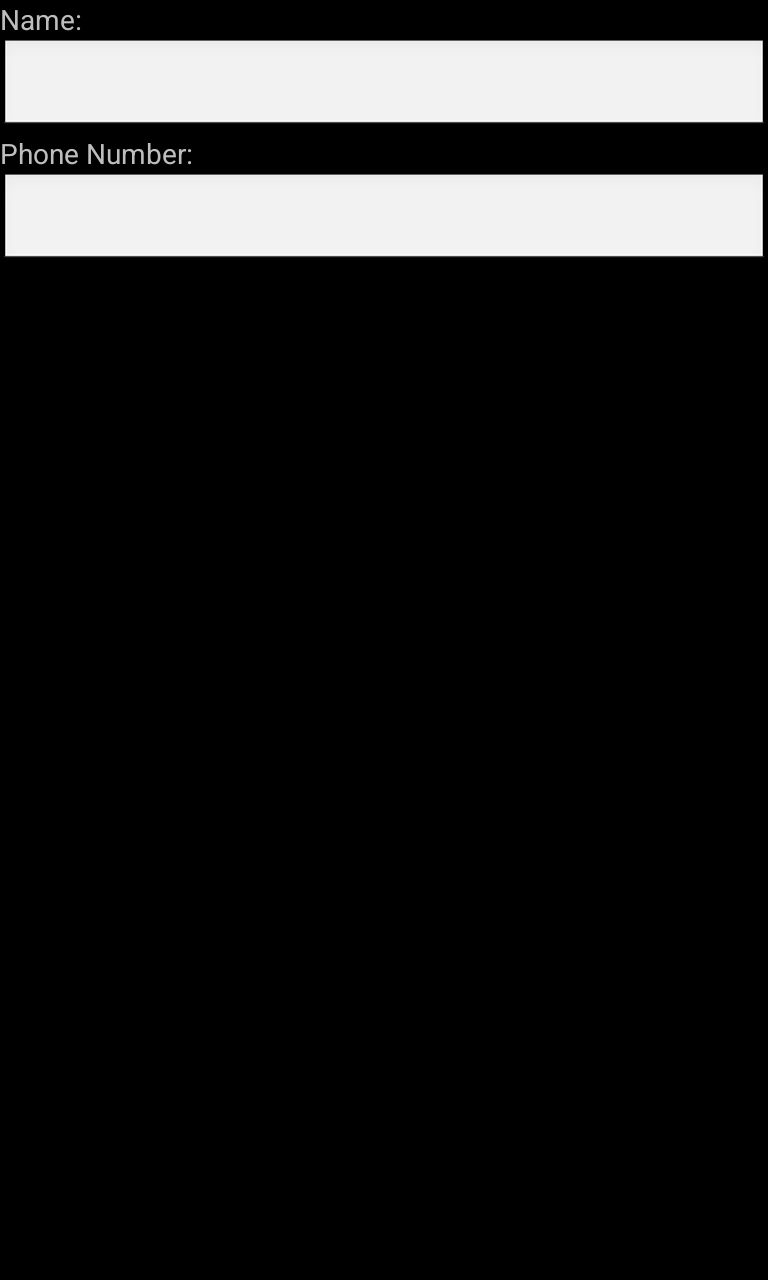
Repository: RaabsIn513/eclipse_workspace
Layout: SAS_revA/res/layout/contact_menu.xml
These files come from the project's save history. The layout is drawn as it stood at one moment and after the next save; the edit follows.
It is drawn on a 768 x 1280 px phone screen (xhdpi) without system bars, with theme android:Theme; the app's code is not run.

Above is the layout before, as saved 2012-02-19 21:20:21.

### SAS_revA/res/layout/contact_menu.xml
<?xml version="1.0" encoding="utf-8"?>
<LinearLayout xmlns:android="http://schemas.android.com/apk/res/android"
    android:layout_width="fill_parent"
    android:layout_height="fill_parent"
    android:orientation="vertical" >

    <TextView
        android:layout_width="fill_parent"
        android:layout_height="wrap_content"
        android:text="Name:" />

    <EditText
	    android:id="@+id/txtBoxName"
	    android:layout_width="fill_parent"
	    android:layout_height="wrap_content">
	</EditText>

	<TextView
        android:layout_width="fill_parent"
        android:layout_height="wrap_content"
        android:text="Phone Number:" />

    <EditText
	    android:id="@+id/txtBoxNumber"
	    android:layout_width="fill_parent"
	    android:layout_height="wrap_content"
	    android:inputType="phone" >
	</EditText>

    <Button
        android:id="@+id/"/>

</LinearLayout>

After the next save:
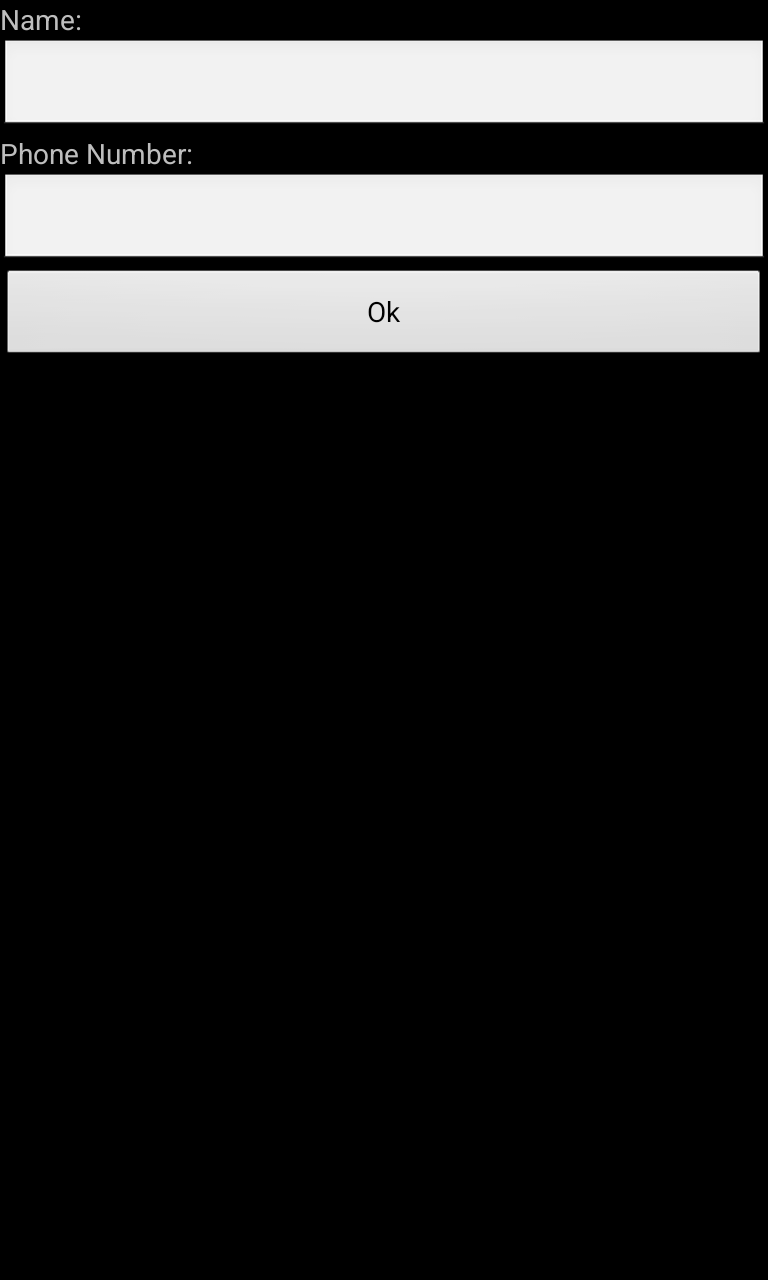
Saved 66 s later.
--- a/SAS_revA/res/layout/contact_menu.xml
+++ b/SAS_revA/res/layout/contact_menu.xml
@@ -28,6 +28,9 @@
 	</EditText>
 
     <Button
-        android:id="@+id/"/>
+        android:id="@+id/btnOKAY"
+        android:layout_width="fill_parent"
+        android:layout_height="wrap_content"
+        android:text="Ok"/>
 
 </LinearLayout>
